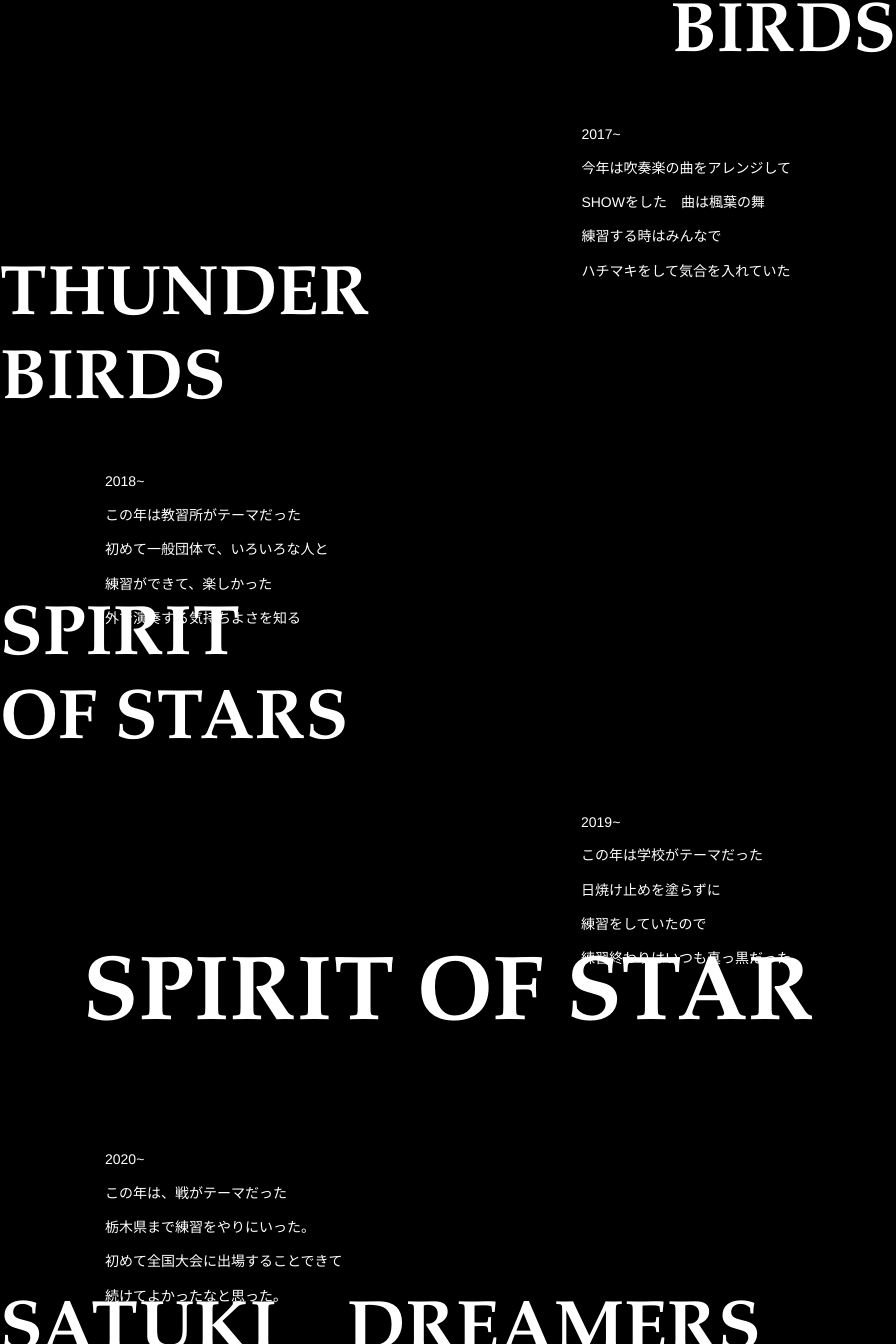
Repository: yutosoma/profile
Page: yuto/marching.html
The author's editor kept a record of every edit. The page is drawn from the files as they stood at one moment, then again after the next edit.
The browser window is 1280 px wide. The pictures show the part of the page from y = 1667 to 3587 px (the page is 3818 px tall), at 70% of full size.

Above is the page before.
Console error: TypeError: Cannot read properties of null (reading 'addEventListener')

### yuto/marching.html
<!DOCTYPE html>
<html lang="en">
<head>
    <meta charset="UTF-8">
    <link rel="stylesheet" href="marching.css">
    <meta name="viewport" content="width=device-width, initial-scale=1.0">
    <meta http-equiv="X-UA-Compatible" content="ie=edge">
    <title>マーチング</title>
</head>

<body>
    <h1>MARCHING HISTORY</h1>
    <div class ="top-container-left">
         <P><img src="image/mar1.png" class= "mar1"></P>
         <div class="explanation-left">
           <p>~2015~</p>
           <p>この年の曲はSMAPのメドレー</p>
           <P>曲中にダンスを取り入れたりして</P>
           <P>見ても楽しい、やっていても楽しい</P>
           <p>SHOWにすることができた</p>

         </div>
   </div>
   <h3 class="left">THUNDER<span class="br"></span> BIRDS</h3>
    <div class ="top-container-right">
         <div class="explanation-right">
          <P>2016~</P>
          <P>この年は桜メドレー</P>
          <P>傘など使った演出が好きだった</P>
          <P>一年やって少しは上手くなったと</P>
          <p>感じる瞬間が増えた</p>
         </div>
         <P><img src="image/mar2.png" class= "mar2"></P>
   </div>
   <h3 class="right">THUNDER<span class="br"></span> BIRDS</h3>
    <div class ="top-container-left">
         <P><img src="image/mar3.png" class= "mar3"></P>
         <div class="explanation-left">
           <P>2017~</P>
           <P>今年は吹奏楽の曲をアレンジして</P>
           <P>SHOWをした　曲は楓葉の舞</P>
           <P>練習する時はみんなで</P>
           <P>ハチマキをして気合を入れていた</P>
         </div>
   </div>
   <h3 class="left">THUNDER<span class="br"></span> BIRDS</h3>
    <div class ="top-container-right">
         <div class="explanation-right">
          <P>2018~</P>
          <P>この年は教習所がテーマだった</P>
          <P>初めて一般団体で、いろいろな人と</P>
          <P>練習ができて、楽しかった</P>
          <p>外で演奏する気持ちよさを知る</p>
         </div>
         <P><img src="image/mar4.png" class= "mar4"></P>
    </div>
   <h3 class="left">SPIRIT<span class="br"></span>OF STARS</h3>

    <div class ="top-container-left">
         <P><img src="image/mar5.png" class= "mar5"></P>
         <div class="explanation-left">
           <P>2019~</P>
           <P>この年は学校がテーマだった</P>
           <P>日焼け止めを塗らずに</P>
           <P>練習をしていたので</P>
           <P>練習終わりはいつも真っ黒だった</P>
         </div>
   </div>
   <h3>SPIRIT OF STAR</h3>
   <div class ="top-container-right">
         <div class="explanation-right">
          <P>2020~</P>
          <P>この年は、戦がテーマだった</P>
          <P>栃木県まで練習をやりにいった。</P>
          <P>初めて全国大会に出場することできて</P>
          <p>続けてよかったなと思った。</p>
         </div>
         <P><img src="image/mar6.png" class= "mar6"></P>
    </div>
    <h3 class="left">SATUKI　DREAMERS</h3>

    <script src="marching.js"></script>

   <footer>
        <small>ⓒ2022 yuto<small>
    </footer>

</body>
</html>

### yuto/marching.css
body{
 margin:0;
 background-color: black;
 font-family: 'Avenir','Helvetica Neue','Helvetica','Arial','Hiragino Sans','ヒラギノ角ゴシック',YuGothic,'Yu Gothic','メイリオ', Meiryo,'ＭＳ Ｐゴシック','MS PGothic'
}
.top-container-right {
display: flex;
margin-bottom: 200px;
text-align: right;
}
.top-container-left {
display: flex;
margin-bottom: 200px;
}
.mar1, .mar2, .mar3, .mar4, .mar5, .mar6 {
  padding: 10px;
  width: 50%;
  opacity: 0;
  transition-duration: 0.8s;
}
h1 {
    color: white;
    font-size: 190px;
    text-align: center;
    animation: blink-fast .3s linear infinite;
    font-family:"Book Antiqua";
    margin-bottom: 250px;
}
@keyframes blink-fast {
  0% {
    opacity: 0;
  }
  10% {
    opacity: 1;
  }
}


h3 {
  position: relative;
  bottom: 530px;
  font-size: 130px;
  text-align: center;
  margin-bottom: -420px;
  color: white;
  font-family:"Book Antiqua";
}
.explanation-left {
    color: white;
    position: relative;
    right:150px;
    top:10px;
    font-size: 20px;
    white-space: nowrap;

}
.explanation-right {
    color: white;
    position: relative;
    left:150px;
    top:10px;
    font-size: 20px;
    white-space: nowrap;
    text-align: left;
}
footer {
    margin-top: 30px;
    background-color:#652a60;
    font-color: black;
    font-size: 20px;
    text-align: center;
}

.is-scrollIn {
      opacity: 1;
      transform: translate(0, -100px);
    }

@media screen and (max-width: 1327px) {
  .left {
  position: relative;
  bottom: 530px;
  font-size: 100px;
  text-align: left;
  margin-bottom: -490px;
  color: white;
  font-family:"Book Antiqua";
}
.right {
  position: relative;
  bottom: 530px;
  font-size: 100px;
  text-align: right;
  margin-bottom: -490px;
  color: white;
  font-family:"Book Antiqua";
}
.br::after {
    content: "\A";
    white-space: pre;
}

}

### yuto/marching.js
const FADEIN_ELEM1 = document.getElementById('fadein1');

window.addEventListener('scroll', () => {
    const FADEIN_ELEM_TOP = FADEIN_ELEM1.getBoundingClientRect().top;
    const WINDOW_HEIGHT = window.innerHeight;
    if (WINDOW_HEIGHT > (FADEIN_ELEM_TOP + 200)) {
        FADEIN_ELEM1.classList.add('fadein-after');
    }else{
        FADEIN_ELEM1.classList.remove('fadein-after');
    }
});
/*---------------------------------------------------------*/
const FADEIN_ELEM2 = document.getElementById('fadein2');

window.addEventListener('scroll', () => {
    const FADEIN_ELEM_TOP = FADEIN_ELEM2.getBoundingClientRect().top;
    const WINDOW_HEIGHT = window.innerHeight;
    if (WINDOW_HEIGHT > (FADEIN_ELEM_TOP + 200)) {
        FADEIN_ELEM2.classList.add('fadein-after');
    }else{
        FADEIN_ELEM2.classList.remove('fadein-after');
    }
});
/*---------------------------------------------------------*/
const FADEIN_ELEM3 = document.getElementById('fadein3');

window.addEventListener('scroll', () => {
    const FADEIN_ELEM_TOP = FADEIN_ELEM3.getBoundingClientRect().top;
    const WINDOW_HEIGHT = window.innerHeight;
    if (WINDOW_HEIGHT > (FADEIN_ELEM_TOP + 200)) {
        FADEIN_ELEM3.classList.add('fadein-after');
    }else{
        FADEIN_ELEM3.classList.remove('fadein-after');
    }
});
/*---------------------------------------------------------*/
const FADEIN_ELEM4 = document.getElementById('fadein4');

window.addEventListener('scroll', () => {
    const FADEIN_ELEM_TOP = FADEIN_ELEM4.getBoundingClientRect().top;
    const WINDOW_HEIGHT = window.innerHeight;
    if (WINDOW_HEIGHT > (FADEIN_ELEM_TOP + 200)) {
        FADEIN_ELEM4.classList.add('fadein-after');
    }else{
        FADEIN_ELEM4.classList.remove('fadein-after');
    }
});
/*---------------------------------------------------------*/
const FADEIN_ELEM5 = document.getElementById('fadein5');

window.addEventListener('scroll', () => {
    const FADEIN_ELEM_TOP = FADEIN_ELEM5.getBoundingClientRect().top;
    const WINDOW_HEIGHT = window.innerHeight;
    if (WINDOW_HEIGHT > (FADEIN_ELEM_TOP + 200)) {
        FADEIN_ELEM5.classList.add('fadein-after');
    }else{
        FADEIN_ELEM5.classList.remove('fadein-after');
    }
});
/*---------------------------------------------------------*/
const FADEIN_ELEM6 = document.getElementById('fadein6');

window.addEventListener('scroll', () => {
    const FADEIN_ELEM_TOP = FADEIN_ELEM6.getBoundingClientRect().top;
    const WINDOW_HEIGHT = window.innerHeight;
    if (WINDOW_HEIGHT > (FADEIN_ELEM_TOP + 200)) {
        FADEIN_ELEM6.classList.add('fadein-after');
    }else{
        FADEIN_ELEM6.classList.remove('fadein-after');
    }
});
/*---------------------------------------------------------*/
const scroll_to_top_btn = document.querySelector('#scroll-to-top-btn');
scroll_to_top_btn.addEventListener( 'click' , scroll_to_top );

function scroll_to_top(){
	window.scroll({top: 0, behavior: 'smooth'});
};

window.addEventListener( 'scroll' , scroll_event );

function scroll_event(){

	if(window.pageYOffset > 400){
		scroll_to_top_btn.style.opacity = '1';
	}else	if(window.pageYOffset < 400){
		scroll_to_top_btn.style.opacity = '0';
	}

};

After the next edit:
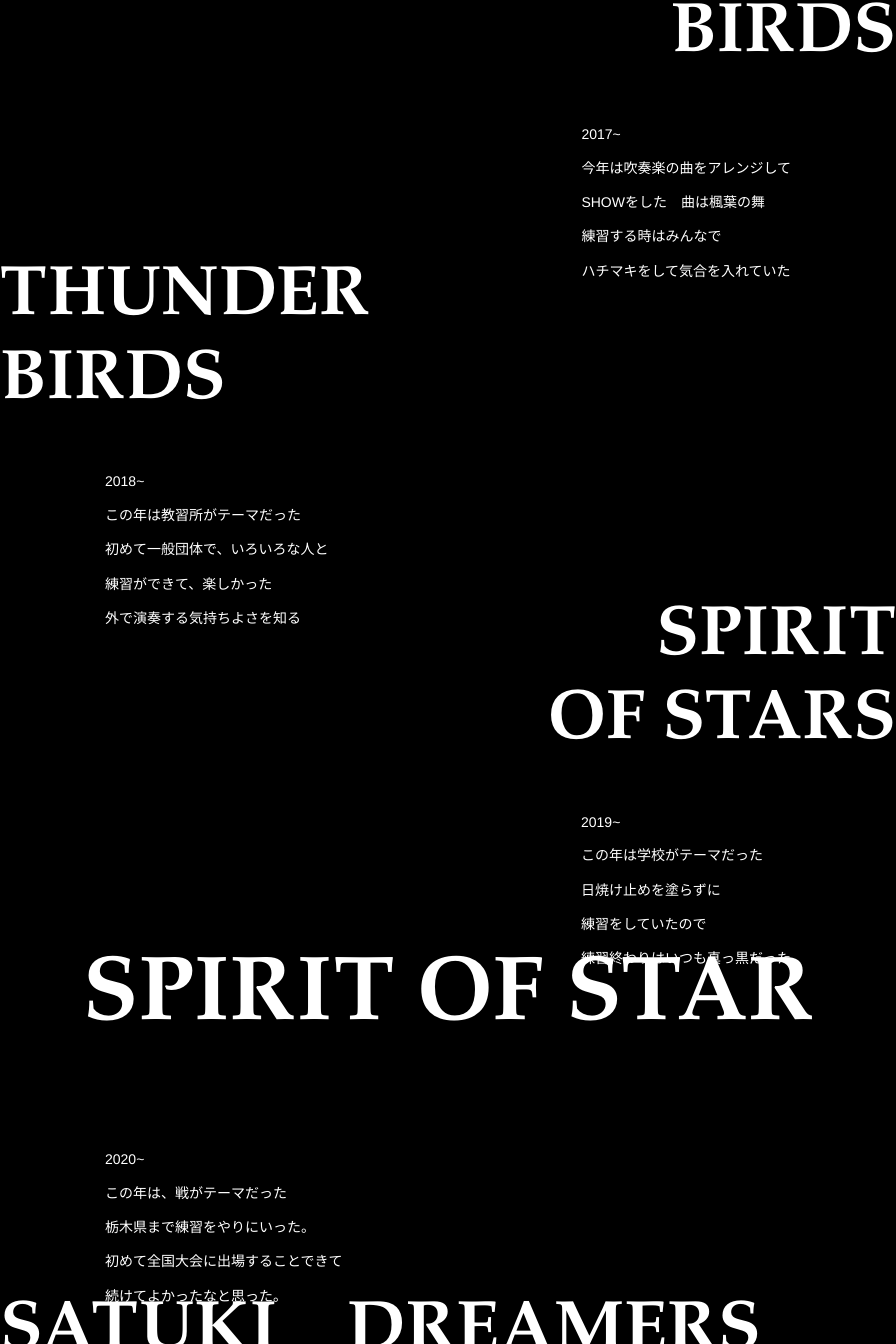
The edit:
--- a/yuto/marching.html
+++ b/yuto/marching.html
@@ -54,7 +54,7 @@
          </div>
          <P><img src="image/mar4.png" class= "mar4"></P>
     </div>
-   <h3 class="left">SPIRIT<span class="br"></span>OF STARS</h3>
+   <h3 class="right">SPIRIT<span class="br"></span>OF STARS</h3>
 
     <div class ="top-container-left">
          <P><img src="image/mar5.png" class= "mar5"></P>
